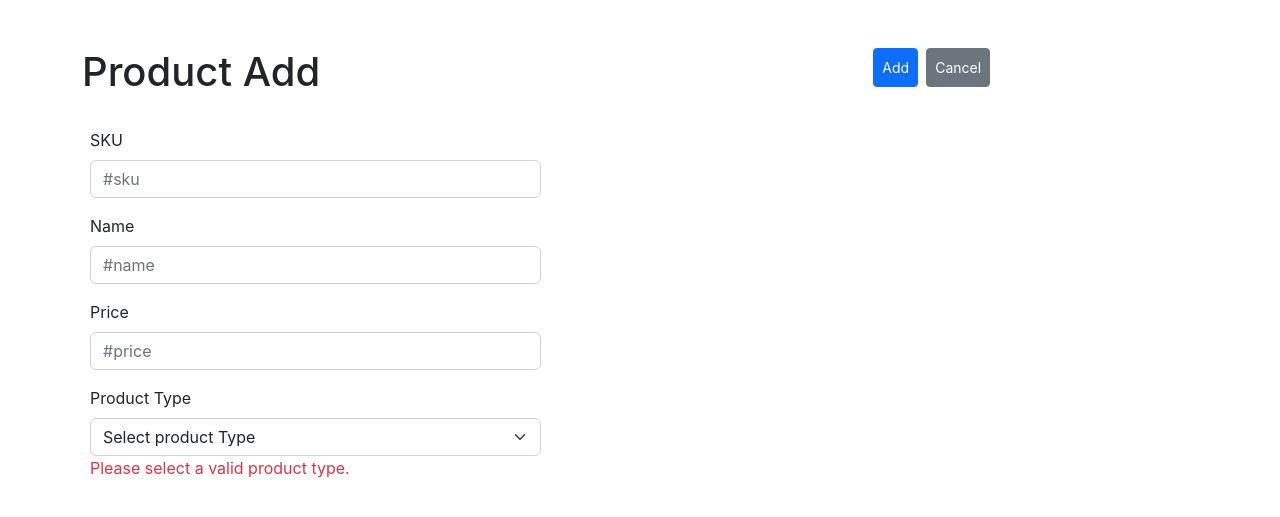
Repository: MagdyAbouelnasr/scandiweb_project
Page: /addproduct
An editor plug-in stored every save of this project. The page is shown before and after a run of saves, followed by the edit.
The browser window is 1280 px wide. The pictures show the whole page.
The project was rebuilt for these pictures with package versions that can differ from the ones it lists, and the page was loaded fresh each time. Also part of the build but not shown: src/App.css, src/components/Product/Product-style.scss, src/components/Product/Product.css, src/components/Pages/ProductList.jsx, src/components/ProductAdd/Book.component.jsx, src/components/ProductAdd/DVD.component.jsx, src/components/ProductAdd/Furniture.component.jsx, src/App.jsx.

Above is the page before, as saved 2023-05-09 01:18:19.

After the next 2 saves:
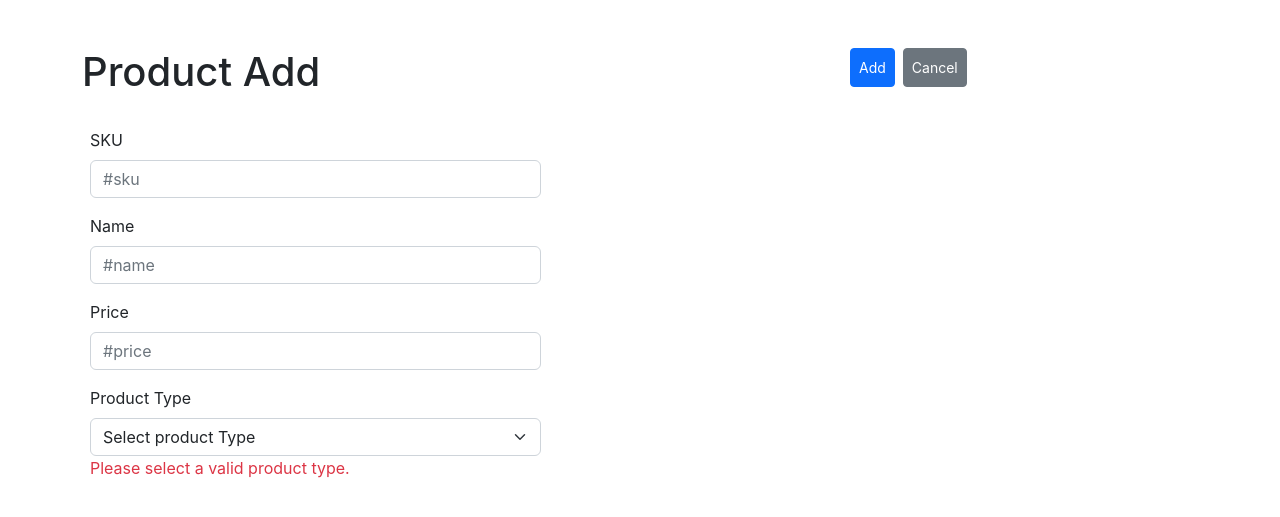
The 2 saves are shown as one change because they came seconds apart.
The last was saved 19 s later.
--- a/src/components/Pages/ProductAdd.jsx
+++ b/src/components/Pages/ProductAdd.jsx
@@ -125,7 +125,7 @@ function ProductAdd() {
   return (
     <Form id="product_form" onSubmit={handleSubmit}>
       <div className="container  mt-5">
-        <div className="row">
+        <div className="row position-relative">
           <h1 className="page-header text-header col-md-8 text-start ">Product Add</h1>
           <div className="col-4 float-end position-absolute end-0">
             <Button type="submit" className="p-2 ms-2" variant="primary" size="sm">
